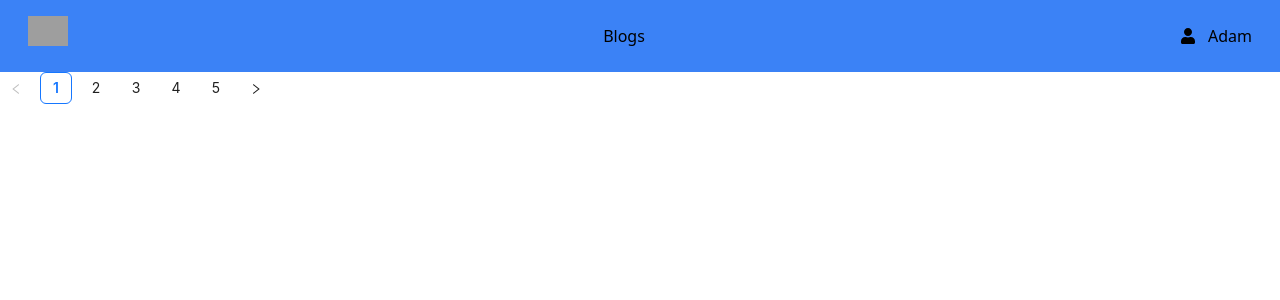
Repository: Lan-au-75/zv-app
Page: /
These files come from the project's save history. The page is drawn as it stood at one moment and after the next save; the edit follows.
The browser window is 1280 px wide. The pictures show the whole page.
Pictures or frames that could not be fetched are drawn as grey boxes. The page's requests for data from a server got no answer. The project was rebuilt for these pictures with package versions that can differ from the ones it lists, and the page was loaded fresh each time. No one was signed in, and anything a server would have sent is missing. Also part of the build but not shown: vite.config.js, src/components/Comments.jsx, src/components/Post.jsx.

Above is the page before, as saved 2023-12-13 21:39:54.

### src/App.jsx
import { useEffect, useState } from 'react'
import Header from './components/Header'
import Post from './components/Post'
import { Pagination } from 'antd'

export default function App() {
    const [posts, setPosts] = useState()
    const [comments, setComments] = useState()
    const [users, setUsers] = useState()

    console.log(posts)

    const [data, setData] = useState()

    const getUsersById = async (userIds) => {
        const result = users?.filter((user) => userIds.includes(user.id))

        return result
    }

    const getPostsById = async (postIds) => {
        const result = posts?.filter((post) => postIds.includes(post.id))

        return result
    }

    const getComments = async () => {
        // eslint-disable-next-line react/prop-types
        const postIds = comments?.map((comment) => comment.postId)
        const userIds = posts?.map((post) => post.userId)

        const post = await getPostsById(postIds)
        const user = await getUsersById(userIds)

        const result = {
            posts: post,
            comments,
            users: user,
        }

        setData(result)
    }

    const formatPosts = data?.posts?.map((post) => {
        const user = users?.find((user) => user.id === post.userId)

        return {
            ...user,
            ...post,
        }
    })

    const post1Comments = comments?.filter((comment) => comment.postId === 1)

    useEffect(() => {
        getComments()
    }, [posts])

    useEffect(() => {
        const fetchPosts = async () => {
            const res = await fetch('https://jsonplaceholder.typicode.com/posts')
            const data = await res.json()
            setPosts(data)
        }

        const fetchComments = async () => {
            const res = await fetch('https://jsonplaceholder.typicode.com/comments')
            const data = await res.json()
            setComments(data)
        }

        const fetchUsers = async () => {
            const res = await fetch('https://jsonplaceholder.typicode.com/users')
            const data = await res.json()
            setUsers(data)
        }

        fetchPosts()
        fetchComments()
        fetchUsers()
    }, [])

    return (
        <div>
            <Header></Header>
            {formatPosts?.map((item) => (
                <Post key={item.id} item={item} comments={post1Comments}></Post>
            ))}

            <Pagination defaultCurrent={1} total={50} />
        </div>
    )
}

### src/components/Header.jsx
import { FaUser } from 'react-icons/fa'
function Header() {
    return (
        <header className='bg-blue-500'>
            <div className='flex items-center justify-between mx-3 p-4'>
                <div className='w-10 h-10 '>
                    <img
                        src='https://cdn.pixabay.com/photo/2020/07/21/02/07/facebook-5424833_960_720.png'
                        alt='facebook'
                    />
                </div>
                <div>Blogs</div>
                <div className='flex gap-3 items-center'>
                    <FaUser />
                    <div>Adam</div>
                </div>
            </div>
        </header>
    )
}

export default Header

Loaded but not shown: index.html (common file); src/main.jsx (common file); src/index.css (common file); tailwind.config.js (common file)

After the next save:
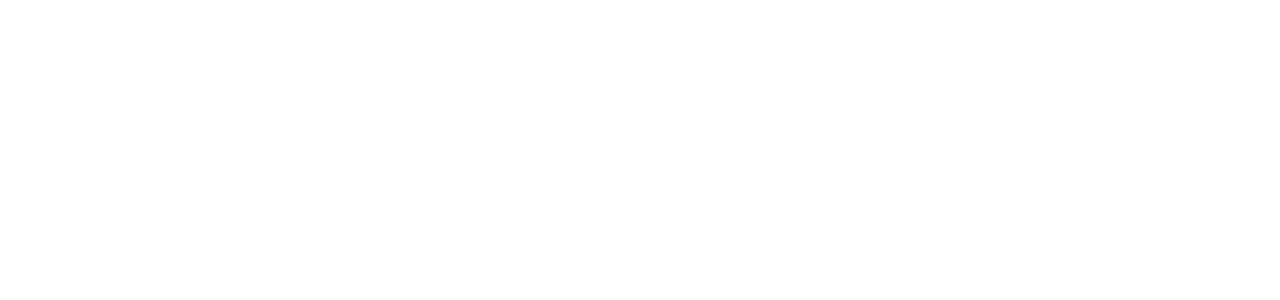
Console error: TypeError: Cannot read properties of undefined (reading 'length')
Saved 22 s later.
--- a/src/App.jsx
+++ b/src/App.jsx
@@ -87,7 +87,7 @@
                 <Post key={item.id} item={item} comments={post1Comments}></Post>
             ))}
 
-            <Pagination defaultCurrent={1} total={50} />
+            <Pagination defaultCurrent={1} total={posts.length} />
         </div>
     )
 }

After the 2 saves that followed:
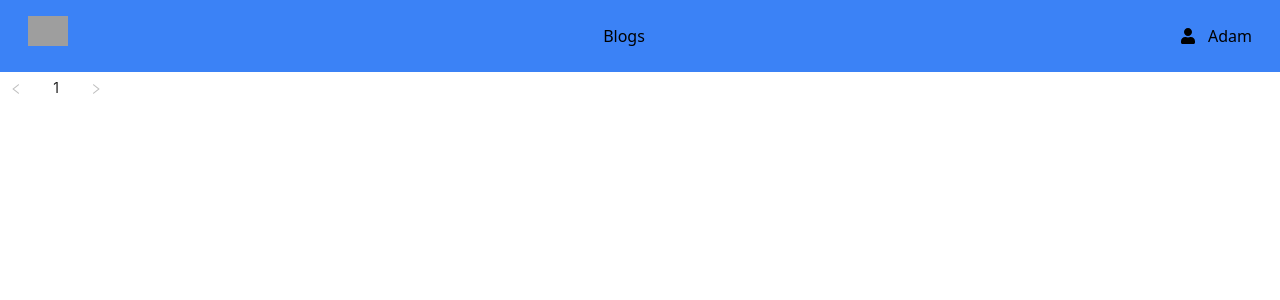
The error is gone.
The 2 saves are shown as one change because 1 left the picture as it was.
The last was saved 4 min 8 s later.
--- a/src/App.jsx
+++ b/src/App.jsx
@@ -3,14 +3,18 @@
 import Post from './components/Post'
 import { Pagination } from 'antd'
 
+const pageSize = 10
+
 export default function App() {
     const [posts, setPosts] = useState()
     const [comments, setComments] = useState()
     const [users, setUsers] = useState()
+    const [currentPage, setCurrentPage] = useState(1)
+    const [data, setData] = useState()
 
-    console.log(posts)
-
-    const [data, setData] = useState()
+    const handlePageChange = (page) => {
+        setCurrentPage(page)
+    }
 
     const getUsersById = async (userIds) => {
         const result = users?.filter((user) => userIds.includes(user.id))
@@ -87,7 +91,13 @@
                 <Post key={item.id} item={item} comments={post1Comments}></Post>
             ))}
 
-            <Pagination defaultCurrent={1} total={posts.length} />
+            <Pagination
+                defaultCurrent={1}
+                current={currentPage}
+                total={posts?.length}
+                pageSize={pageSize}
+                onChange={handlePageChange}
+            />
         </div>
     )
 }
